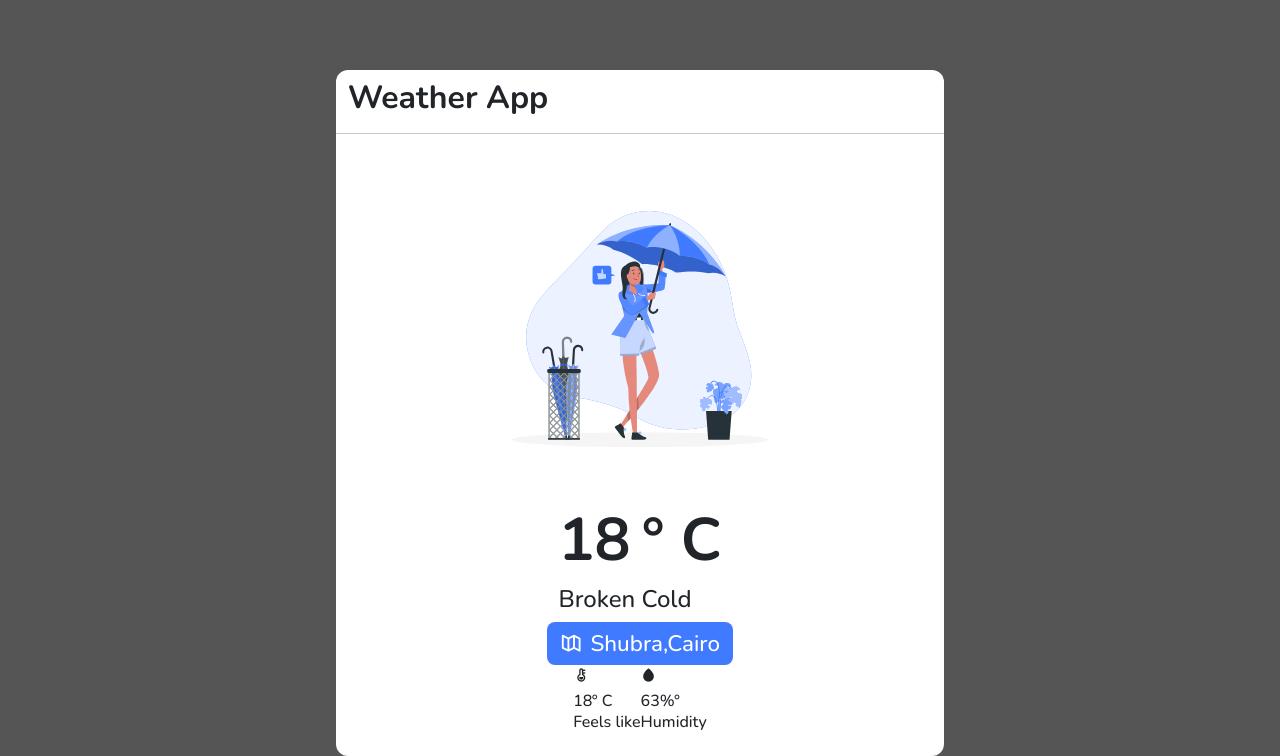
Repository: youssef168/Weather-App
Page: index.htm
The author's editor kept a copy of each file at every save. The page is drawn from the files as they stood at one save, then again after the next save.
The browser window is 1280 px wide. The pictures show the whole page.

Above is the page before, as saved 2021-12-28 20:18:10.

After the next save:
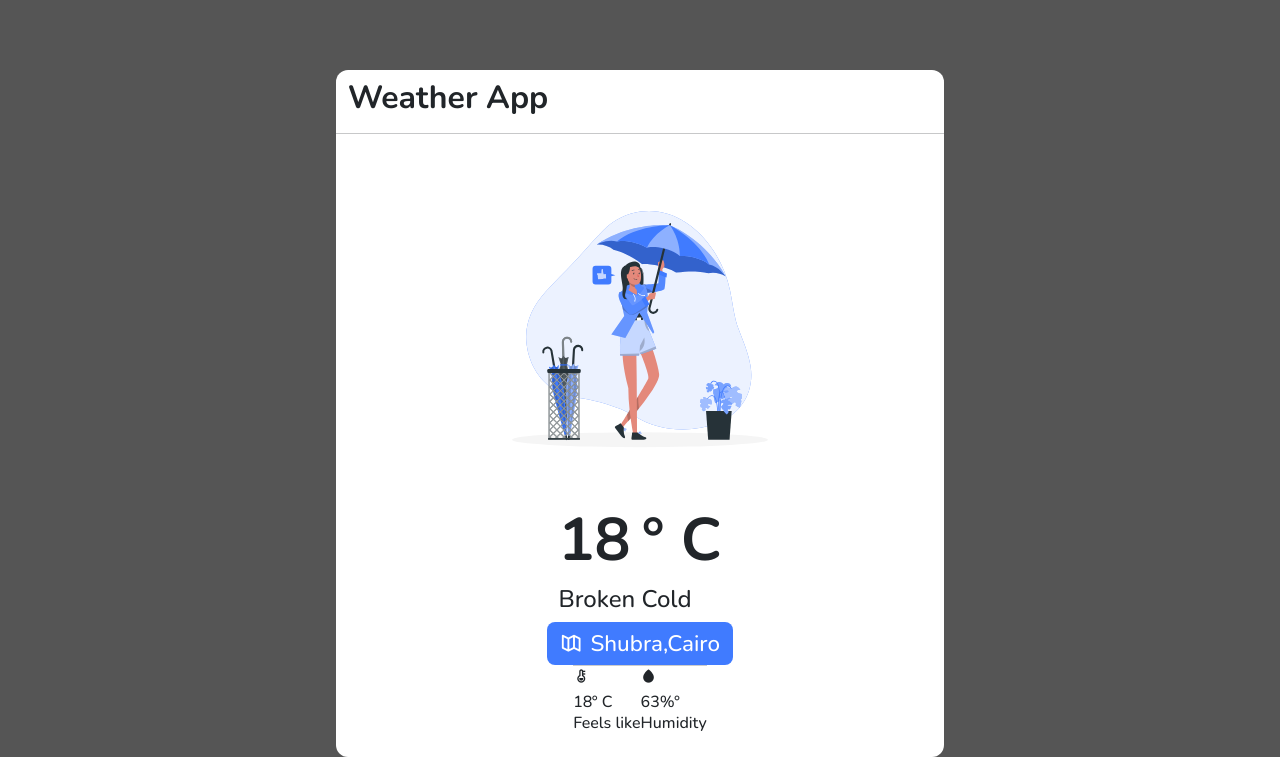
Saved 65 s later.
--- a/style.css
+++ b/style.css
@@ -73,4 +73,5 @@ h2 {
 
 .detail-box {
     display: flex;
+    border-top: 1px solid #ccc;
 }
